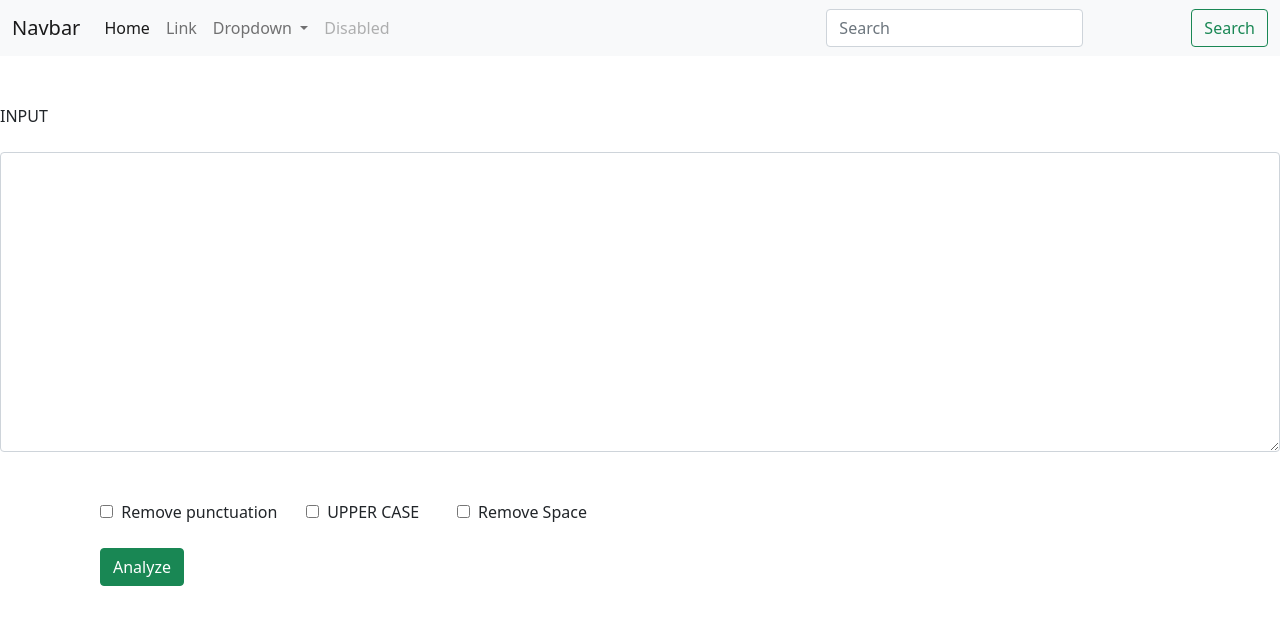
Repository: thenameisshreyank/Textutility
Page: http://localhost/
The author's editor kept a copy of each file at every save. The page is drawn from the files as they stood at one save, then again after the next save.
The browser window is 1280 px wide. The pictures show the whole page.
The page is served by the project's application, run on Django 4.2 (manage.py).

Above is the page before, as saved 2022-04-15 09:12:50.

After the next save:
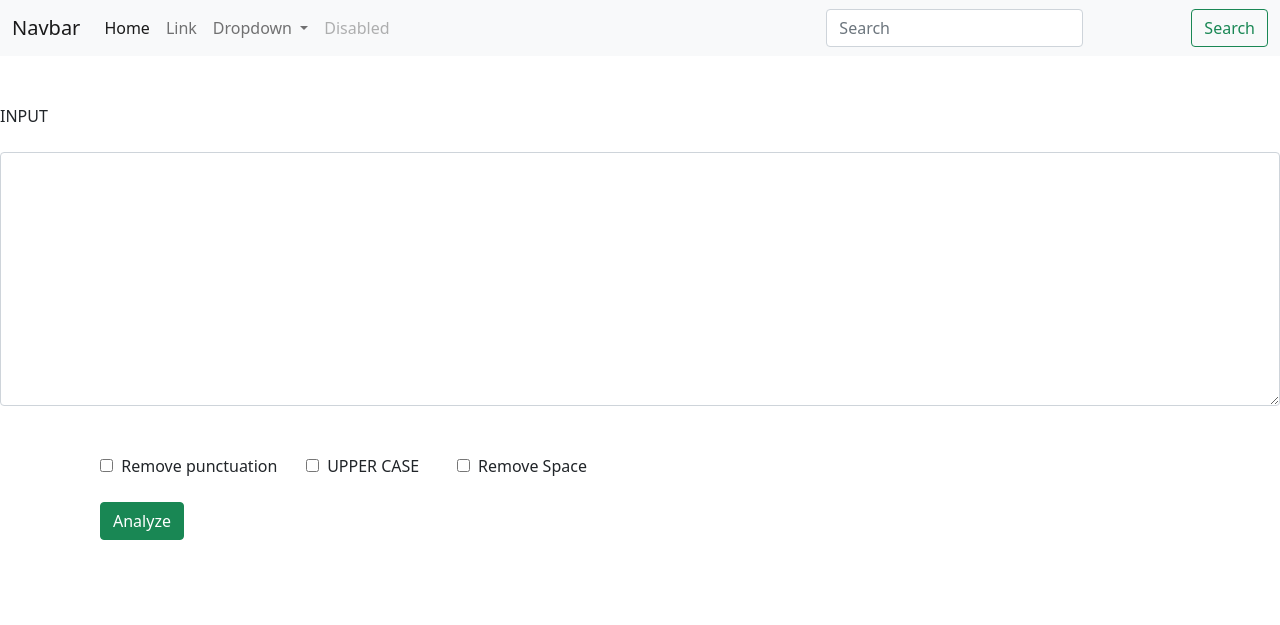
Saved 11 s later.
--- a/templates/index.html
+++ b/templates/index.html
@@ -21,10 +21,7 @@
       button{
         margin-left: 100px;
       }
-      textarea {
-  width: 200px;
-  height: 300px;
-}
+
 
     </style>
 </head>
